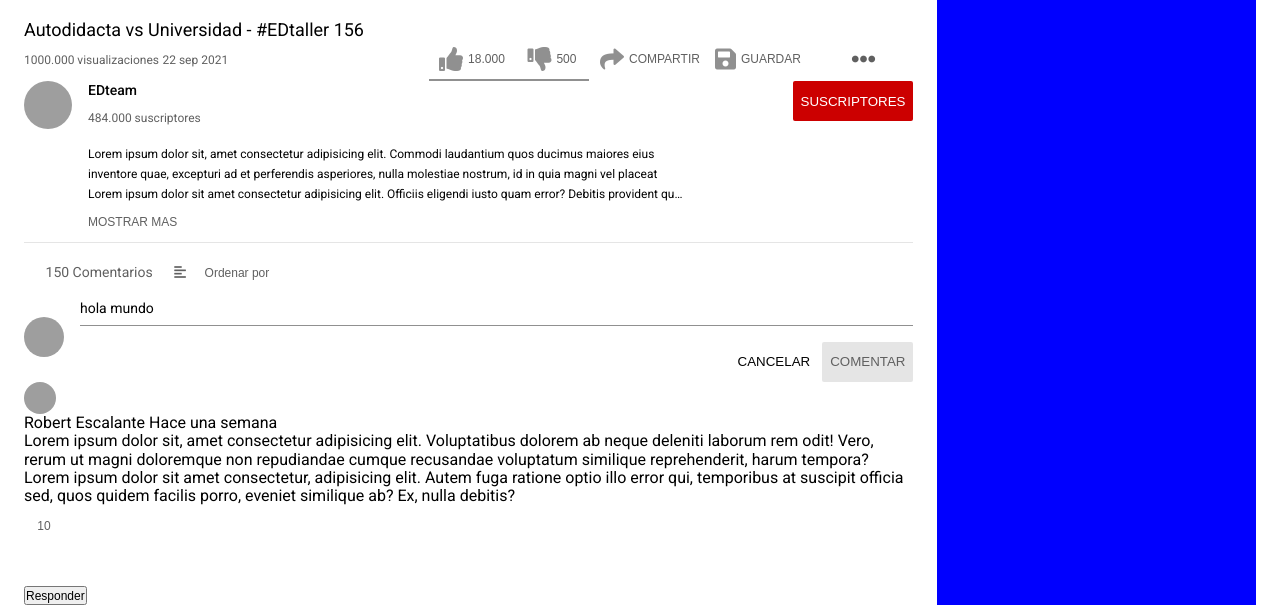
Repository: RobertAries28/ClonYoutube
Page: video.html
These files come from the project's save history. The page is drawn as it stood at one moment and after the next save; the edit follows.
The browser window is 1280 px wide. The pictures show the part of the page from y = 580 to 1206 px (the page is 1185 px tall before and 1206 px after).
Pictures or frames that could not be fetched are drawn as grey boxes. Some web libraries are served in a nearby version.

Above is the page before, as saved 2021-09-26 10:41:16.

### video.html
<!DOCTYPE html>
<html lang="en">
<head>
    <meta charset="UTF-8">
    <meta http-equiv="X-UA-Compatible" content="IE=edge">
    <meta name="viewport" content="width=device-width, initial-scale=1.0">
    <link rel="stylesheet" href="style.css">
    <link rel="stylesheet" href="https://use.fontawesome.com/releases/v5.8.1/css/all.css" integrity="sha384-50oBUHEmvpQ+1lW4y57PTFmhCaXp0ML5d60M1M7uH2+nqUivzIebhndOJK28anvf" crossorigin="anonymous">

    <title>Document</title>
</head>
<body class="video-page scroll">
    <header class="main-header">
        <div class="place-center button-container">
             <button class=" action-button fas fa-align-justify"></button>
             <img class="logo" src="data:[embedded picture, 3218 characters]" alt="">
         </div>


        <div class="middle place-center">
            <form class=" place-center form-search">
                <input type="search" placeholder="Buscar" class="input">
               <button class="submit fas fa-search" data-tooltip="Buscar"></button>
             </form>

            <button data-tooltip="Haz busqueda por voz" class=" action-button fas fa-microphone"></button>
        </div>

        <div class="place-center button-container">


         <button data-tooltip="Crear" class=" action-button fas fa-video"></button>
         <button data-tooltip="Aplicaciones de youtube" class=" action-button fas fa-th"></button>
         <button  data-tooltip="Notificaciones" class=" action-button fas fa-bell"></button>
         <div class="user">
            <div class="user-avatar">

                <img class="image" src="https://i.pinimg.com/280x280_RS/7d/d0/f4/7dd0f465ad261b24bc09a1508da78cc1.jpg" alt="">
            </div>
         </div>
        </div>
    </header>

    <div class="video-page-grid">
       <main class="video-column">
           <div class="video-player">
        <iframe src="https://www.youtube.com/embed/qacThCclSqQ" title="YouTube video player" frameborder="0" allow="accelerometer; autoplay; clipboard-write; encrypted-media; gyroscope; picture-in-picture" allowfullscreen></iframe>
        <h1 class="title">Autodidacta vs Universidad - #EDtaller 156</h1>

        <div class="actions">
         <div>
            <p class="video-information">
         <span class="views">1000.000 visualizaciones</span>
         <span>22 sep 2021</span>
          </p>

        </div>

        <div class="button-container">
            <div class="buttons-container likes">
                <button
                data-tooltip="Me gusta este video"
                class="action-button has-text"
                >
                <i class=" icon fas fa-thumbs-up"></i>
                <span>18.000</span>
                </button>

                <button
                data-tooltip="No gusta este video"
                class="action-button has-text"
                >
                <i class=" icon fas fa-thumbs-down"></i>
                <span>500</span>
                </button>
                </div>

                <button
                data-tooltip="Compartir"
                class="action-button has-text"
                >
                <i class="icon fas fa-share"></i>
                <span>Compartir</span>
                </button>

                <button
                data-tooltip="Guardar"
                class="action-button has-text"
                >
                <i class=" icon fas fa-save"></i>
                <span>Guardar</span>
                </button>


                <button

                class="action-button"
                >
                <i class="fas fa-ellipsis-h icon"></i>

                </button>

        </div>
        </div>
    </div>

    <section class="video-player-information flex">
        <div class="user-avatar">

            <img class="image" src="https://i.pinimg.com/280x280_RS/7d/d0/f4/7dd0f465ad261b24bc09a1508da78cc1.jpg" alt="">
        </div>

        <div class="content">
           <header class="header flex">
               <div>
               <a href="#" class="channel-name" data-tooltip="EDteam">EDteam</a>
               <p class="subs-count">484.000 suscriptores</p>
            </div>
               <button class="button">Suscriptores</button>
            </header>

            <p>Lorem ipsum dolor sit, amet consectetur adipisicing elit. Commodi laudantium quos ducimus maiores eius inventore quae, excepturi ad et perferendis asperiores, nulla molestiae nostrum, id in quia magni vel placeat Lorem ipsum dolor sit amet consectetur adipisicing elit. Officiis eligendi iusto quam error? Debitis provident quos nobis quisquam culpa qui velit. Iure fugiat maiores beatae quae ipsam, aperiam soluta nam!</p>
            <button class=" boton has-text">
                <span>Mostrar mas</span>
            </button>
        </div>

    </section>
    <hr class="big"/>
    <section class="comments-section">
     <header class="comments-information comentario">
          <p>150 Comentarios</p>
          <button class=" bot has-text">
            <i class="icon fas fa-align-left"></i>
            <span>Ordenar por</span>
          </button>
     </header>

     <div class="comment-form flex">
        <div class="user-avatar">

            <img class="image" src="https://i.pinimg.com/280x280_RS/7d/d0/f4/7dd0f465ad261b24bc09a1508da78cc1.jpg" alt="">
        </div>

        <div class="form">
        <div class="input" contenteditable>hola mundo</div>
        <div class="buttons-container">
           <button class="button link">Cancelar</button>
           <button class="button disabled">Comentar</button>
        </div>
    </div>

     </div>

     <div class="comments-grid">
         <article class="comment">
            <div class="user-avatar">

                <img class="image" src="https://i.pinimg.com/280x280_RS/7d/d0/f4/7dd0f465ad261b24bc09a1508da78cc1.jpg" alt="">
            </div>

            <div class="content">
                <header class="header">
                    <a>Robert Escalante</a>
                    <time class="time">Hace una semana</time>
                </header>
                <p class="text">Lorem ipsum dolor sit, amet consectetur adipisicing elit. Voluptatibus dolorem ab neque deleniti laborum rem odit! Vero, rerum ut magni doloremque non repudiandae cumque recusandae voluptatum similique reprehenderit, harum tempora? Lorem ipsum dolor sit amet consectetur, adipisicing elit. Autem fuga ratione optio illo error qui, temporibus at suscipit officia sed, quos quidem facilis porro, eveniet similique ab? Ex, nulla debitis?</p>
               <footer class="buttons-container">
                   <button class="action-button has-text">
                       <span></span>
                       <span class="count">10</span>
                   </button>

                   <button class="action-button has-text">
                    <span></span>

                </button>

                <button class="action has-text">
                   <span>Responder</span>
                </button>

               </footer>
            </div>
         </article>
     </div>

    </section>
    </main>
       <aside class="cards-sidebar">
        <p>hola</p>
       </aside>
    </div>
</body>
</html>

### style.css

@import url('https://fonts.googleapis.com/css2?family=Roboto:wght@400;500&display=swap');

*{
    margin:  0;
    padding: 0;
    box-sizing: border-box;
}

 /* variables globales */

:root{
    /* colores*/
    --accent-color: #ff0000;
    --grey-color: #909090;
    --grey-color-alt: #CCC;
    --border-color: rgba(0,0,0,0.1);

    /*colores de fondo*/
    --bg-color: #fff;
     --bgcolor-alt: #f9f9f9;
     --bg-color-active: #e5e5e5;

     /*colores de texto*/

     --text-color: #030303;
     --text-color-alt: #606060;
     --text-color-white: #fff;

  /* fuentes */
     --body-font : 'Roboto',sans-serif;


     /* Tamaño de texto*/
--big-font-size: 1.125rem;
--normal-font-size: 1rem;
--small-font-size: 0.875rem;
--smaller-font-size: 0.75rem;
--font-bold: 500;

/* otros*/
  --header-height: 56px;
  --z-tooltip: 25;
  --z-fixed: 100;
  --border-radius: 2px;


  /* scroll */
--scroll-size: 16px;
--scroll-bg: transparent;
--scroll-radius:8px;
--scroll-padding:4px;
--thumb-bg: var(--grey-color);
--thumb-bg-alt:var(--grey-color-alt);
}




/*----- scroll ---*/
.scroll::-webkit-scrollbar{
    width: var(--scroll-size);
    height: var(--scroll-size);
}

.scroll::-webkit-scrollbar-thumb{
    background-color: var(--thumb-bg);
    border-radius: var(--scroll-radius);
    border: var(--scroll-padding) solid transparent;
    background-clip: content-box;
}

.scroll::-webkit-scrollbar-thumb:hover{
    background-color: var(--thumb-bg-alt);
}

.scroll:not(body)::-webkit-scrollbar-thumb{
    display: none;
    background-color: var(--thumb-bg-alt);
}

.scroll:not(body):hover::-webkit-scrollbar-thumb{
    display: block;
}






body{
    font-family: var(--body-font);
    background-color: var(--bg-color-alt);
     line-height: 1.15rem;
     padding-top: var(--header-height);
     padding-left: 240px;
}

h1,h2,h3,h4,h5,h6,b{
    font-weight: var(--font-bold);
}

hr{
    --spacing: 0.75rem;
    border: none;
    border-bottom: 1px solid var(--border-color);
    margin-bottom: var(--spacing);
    padding-top: var(--spacing);

}

img{
    width: 100%;
}

.place-center{
    display: flex;
    justify-content: center;
    align-items: center;
}

.button-container{
    display: flex;
    gap: 0.5rem;
}

/******------cabecera principal -----***/

.main-header{
    height: var(--header-height);
     background-color: var(--bg-color);
    display: flex;
    justify-content: space-between;
    padding: 0 1rem;
    align-items: center;
    position: fixed;
    width: 100%;
    left: 0;
    top: 0;
    z-index: var(--z-fixed);

}

.main-header img{
    height: 56px;
}

.main-header .logo{
    width: 6rem;
}

.main-header .middle{
    flex-basis: 720px;

    padding: 0 2rem;
}

.main-header .form-search{
 flex-grow: 1;
 align-items: stretch;
}

.main-header .input{
    flex-grow: 1;
    padding: 0.5rem;
    border: 1px solid var(--border-color);
    border-right: 0;
    border-radius: var(--border-radius) 0 0 var(--border-radius);


}

.main-header .submit{
    padding: 0 1.5rem;
    border: 1px solid var(--border-color);
    font-size: 1.25rem;
    color: var(--text-color-alt);
    border-radius: 0 var(--border-radius) var(--border-radius) 0;
    cursor: pointer;
}



/*----Avatar del usuario----*/
.user-avatar{
    --size: 2rem;
    width:  var(--size);
    height: var(--size);
    cursor: pointer;
    flex: none;

}

.user{
    padding: 0 1rem;
}

.user-avatar .image{
    width: 100%;
    height: 100%;
    object-fit: cover;
    border-radius: 50%;
}


/* Botones de accion **/
.action-button , .action-button .icon{
    --size: 2.5rem;
    height: var(--size);
    width: var(--size);
    display: flex;
    justify-content: center;
    align-items: center;
    border: 1px solid transparent;
    background: none;
    transition: border-color 1s;
    cursor: pointer;
}

.action-button::before,
.action-button .icon{
    color: var(--text-color-alt);
    font-size: 1.5rem;
}

.action-button.has-text{
    text-transform: uppercase;
    color: var(--text-color-alt);
    font-weight: var(--font-bold);
    font-size: var(--small-font-size);
}

.action-button.has-text .icon{
    --size: 2.25rem;
    color: var(--grey-color);
}

.action-button:not(.has-text),
.action-button .icon{
    width: var(--size);
    border-bottom: 50%;
    border-radius: 50%;
}
.action-button::before{
    color: var(--text-color-alt);
    font-size: 1.5rem;
}

.action-button:not(.has-text):active,
.action-button .icon:active{
    background-color: var(--bg-color-active) ;
    border-color: var(--bg-color-active);
}


/* tooltip*/
[data-tooltip]{
    position: relative;
}

[data-tooltip]:hover::after{
    opacity: 1;
}

[data-tooltip]::after{
    content: attr(data-tooltip);
    position: absolute;
    left: 50%;
    top: 3.5rem;
    transform: translateX(-50%);
    padding: 0.5rem;
    background-color: var(--text-color-alt);
    color: var(--text-color-white);
    font-family: var(--body-font);
    font-size: var(--smaller-font-size);
    border-radius: var(--border-radius);
       white-space: nowrap;
       opacity: 0;
    pointer-events:none;
    transition: opacity 0.5s;
    z-index: var(--z-tooltip);
}


/***** menu lateral***/

.main-sidebar{
    --main-nav-padding: 0.5rem 1.5rem;
    position: fixed;
    top: var(--header-height);
    height: calc(100vh - var(--header-height));
    width: 240px;
    padding: 0.75rem 0;

    overflow: auto;
    left: 0;
    z-index: 1;
}


/****** items de navegacion ****/
.main-nav .link{
    display: flex;
    align-items: center;
    padding: var(--main-nav-padding);
    color: var(--text-color);
    font-size: var(--smaller-font-size);
    text-decoration: none;

    font-size: 1rem;
    white-space: nowrap;
}

.main-nav .link.is-active, .main-nav .link:hover{
    background-color: var(--bgcolor-alt);
}

.main-nav .link.is-active{
    font-weight: var(--font-bold);
}

.main-nav .link.is-active .icon{
    color: var(--accent-color);
}

.main-nav .link .icon{
    margin-right: 1.5rem;
    font-size: 1.5rem;
    color: var(--text-color-alt);

}

.user-avatar2{
    margin-right: 1.5rem;
    --size:1.5rem;
    width:  var(--size);
    height: var(--size);
    cursor: pointer;
    flex: none;
}

.user-avatar2 .image{
    width: 100%;
    height: 100%;
    object-fit: cover;
    border-radius: 50%;
}

span{
    font-size: var(--smaller-font-size);
}

/* Titulo de secciones en navegacion lateral */
.nav-title{
    padding: var(--main-nav-padding);
    color: var(--text-color-alt);
    font-size: var(--smaller-font-size);
    text-transform: uppercase;
}

.is-new{
    font-size: 0.5rem;
    color: #065FD4;
    margin-left: auto;
}

.is-in-live{
    font-size: 0.5rem;
    color: var(--accent-color);
    margin-left: auto;
}


/* footer de la navegacion */
.main-nav-footer{
    display: grid;
    gap: 0.75rem;
    padding: var(--main-nav-padding);
    font-size: var(--smaller-font-size);
}

.main-nav-footer .link-footer{
    margin-right: 0.5rem;
    line-height: 1.4;
    text-decoration: none;
    font-weight: var(--font-bold);
    color: var(--text-color-alt);
}

.copyright{
    opacity: 0.6;
    color: var(--text-color-alt);
    margin: 0;
}

/* ------ tarjeta de video ------*/


 .card-video a{
     text-decoration: none;
     color: inherit;
 }

 .card-video .cover {
     display: block;
     position: relative;
     aspect-ratio: 16 / 9;
   margin-bottom: 0.75rem;
 }
 .card-video .image{
     display: block;
     height: 100%;
     object-fit: cover;
 }

 .card-video .time{
     position: absolute;
     padding: 0 0.25rem;
     right: 0.5rem;
     bottom: 0.5rem;
     background-color: rgba(0,0,0,0.8);
     color: var(--text-color-white);
     font-size: var(--smaller-font-size);
      border-radius: var(--border-radius);
    }

    .card-video .user-avatar{
        --size: 36px;
        margin-right: 0.75rem;
    }

    .card-video .content{
        font-size: var(--small-font-size);
        color: var(--text-color-alt);
    }

    .card-video .title{
        color: var(--text-color);
        margin-bottom: 0.25rem;
    }


    .punto{
        font-size: 20px;
        padding: 0 5px;
    }


.flex{
    display: flex;
}


/* ---- grid de videos ---*/
.card-grid{
    display: grid;
    grid-template-columns: repeat(auto-fill, minmax(300px,1fr));
    gap: 2rem 1rem;
    padding: 1rem 2rem;
    max-width: 1800px;
    margin-inline: auto;
}



/*Clases para recortar las lineas de texto */
[class*='rows-text']{
    display: -webkit-box;
    -webkit-line-clamp: 1;
    -webkit-box-orient: vertical;
    overflow: hidden;
}




/* pagina de video */
body.video-page{
    padding-left: 0;

}

.video-page-grid{
    --gap-page: 1.5rem;
    width: calc(100% - (var(--gap-page)*2));
    display: grid;
    grid-template-columns: repeat(11,1fr);
    margin-inline: auto;
    gap: var(--gap-page);
    padding-top: var(--gap-page);
}

.video-column{

    grid-column-start: span 8;
}

.cards-sidebar{
    background-color: blue;
    grid-column-start: span 3;
}

iframe{
    aspect-ratio: 16 / 9;
    width: 100%;
    margin-bottom: 1rem;
}

.video-player .title{
    font-weight: normal;
    font-size: var(--big-font-size);
}

.video-player .video-information{
    font-size: var(--small-font-size);
    color: var(--text-color-alt);
}


.actions{
    display: flex;
    justify-content: space-between;
    align-items: center;
}

.likes{
    display: flex;



}

.button-container{
    display: flex;
    justify-content: space-between;
}

.action-button.has-text{
    padding: 10px;
}

.button-container button{
    margin-inline: 30px;
}

.likes button{
    margin-inline: 20px;
}



.likes button i, .button-container button i{
    margin-inline: 4px;
}

.video-player .buttons-container.likes{
    border-bottom: 2px solid var(--grey-color);
}


.flex{
    display: flex;
}

.video-player-information{
    gap: 1rem;
    color: var(--text-color);
}

.video-player-information .user-avatar{
    --size:3rem;
}

.video-player-information .channel-name{
    color: inherit;
    text-decoration: none;
    font-size: var(--small-font-size);
    font-weight: var(--font-bold);
}

.video-player-information .subs-count{
    color: var(--text-color-alt);
    font-size: var(--smaller-font-size);
}

.button{
    --button-color: #CC0000;
    --text-button-color: white;
    --cursor-button: pointer;

    background-color: var(--button-color);
    color: var(--text-button-color);
    padding: 0rem 0.5rem;
    text-transform: uppercase;
    font-weight: var(--font-bold);
    border: none;
    border-radius: var(--border-radius);
    cursor: var(--cursor-button);
    margin-left: auto;
    height: 40px;

}

.content{
    width: 100%;
}

.video-player-information p{
    max-width: 600px;
    line-height: 1.25rem;
    display: -webkit-box;
    -webkit-line-clamp: 3;
    -webkit-box-orient: vertical;
    overflow: hidden;
    margin: 8px 0;
    font-size: var(--smaller-font-size);
}

.boton{
    background-color: white;
    border: none;
    font-size: var(--small-font-size);
    color: var(--text-color-alt);
    text-transform: uppercase;
}

.comentario{
    display: flex;
  width: 30%;
  justify-content: space-evenly;
  align-items: center;
  margin-top: 20px;
  font-size: var(--small-font-size);
  color: var(--text-color-alt);

}

hr.big{
    margin-bottom: 1rem;
}

.bot{
    background-color: white;
    border: none;

    color: var(--text-color-alt);
}

.bot i{
    margin-right: 15px;
}

.comment-form{
    gap: 1rem;
    align-items: center;
    margin-top: 10px;
}

.comment-form .user-avatar{
    --size: 2.5rem
}

.comment-form .form{
    display: flex;
    flex-direction: column;
    flex-grow: 1;
}

.comment-form .input{
    position: relative;
    margin-bottom: 1rem;
    box-shadow: 0 -1px inset var(--grey-color);
    outline: none;
    padding: 0.5rem 0;
    font-size: var(--small-font-size);
}

.comment-form .input:empty:before{
    content: 'Agregar un comentario publico';
    color: var(--text-color-alt);
}

.comment-form .input::after{
    content:'';
    position: absolute;
    bottom:0;
    left: 50%;
    width: 0;
    height: 2px;
    background-color: #000;
    transition: left 1s, width 1s;





}

.comment-form .input:focus::after{
    width: 100%;
    left: 0;
}


.button.disabled{
    --button-color: var(--bg-color-active);
    --text-button-color:var(--text-color-alt);
    --cursor-button: initial
}

.button.link{
    --text-button-color:var(--text-color);
    background-color: white;

}

.comment-form .buttons-container{
    margin-left: auto;
}

After the next save:
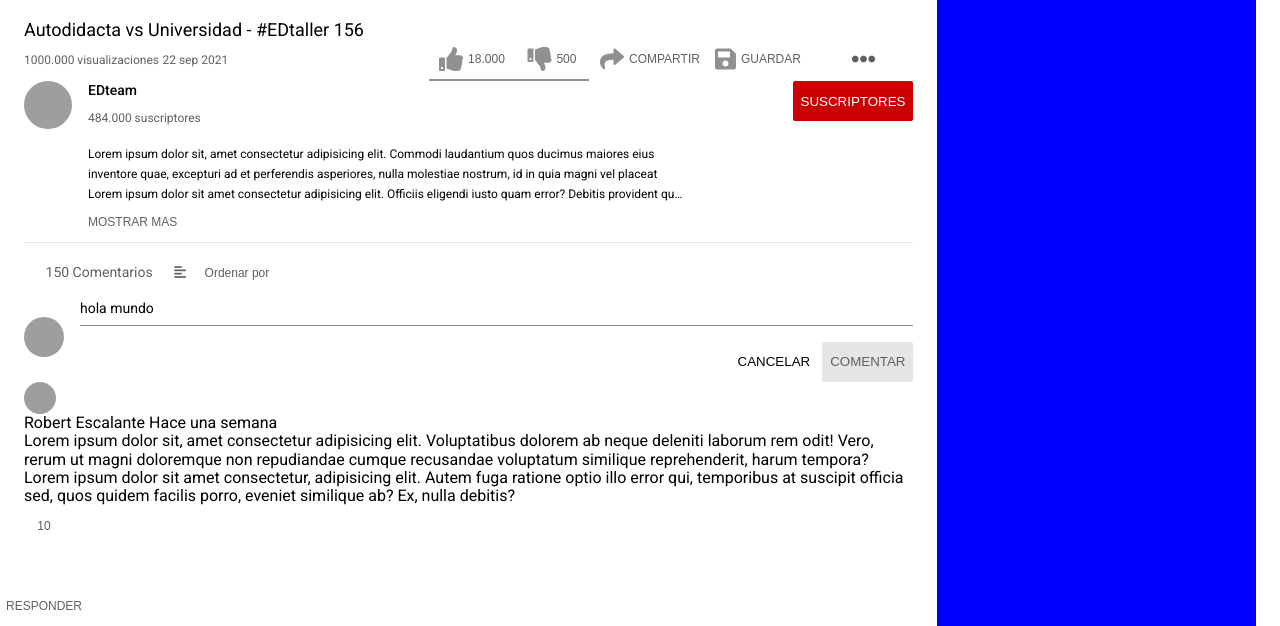
Saved 30 s later.
--- a/video.html
+++ b/video.html
@@ -176,7 +176,7 @@
 
                 </button>
 
-                <button class="action has-text">
+                <button class="action-button has-text">
                    <span>Responder</span>
                 </button>
 
